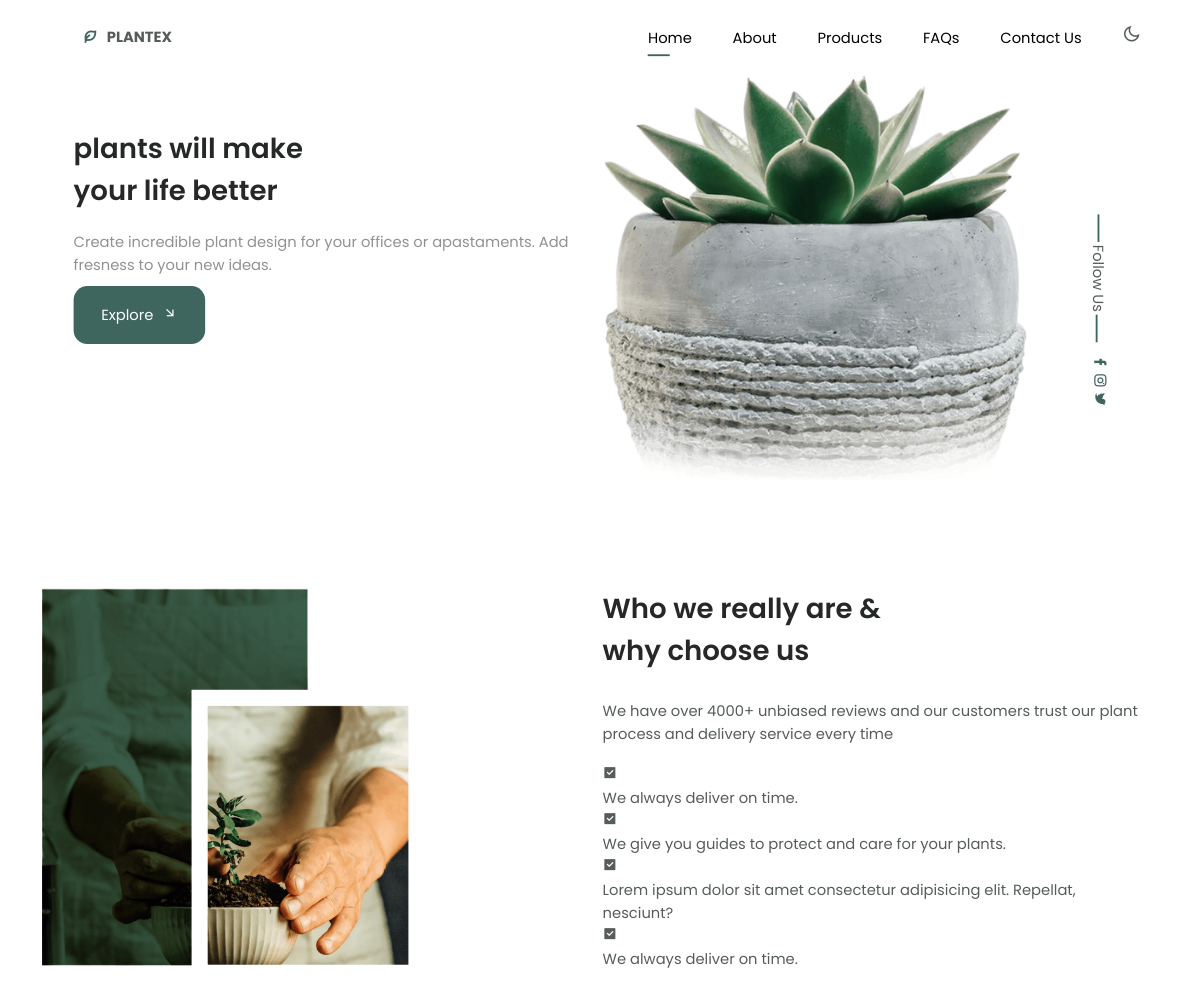
Repository: OmniaRafat232111121/plantwebsite
Page: index.html
An editor plug-in stored every save of this project. The page is shown before and after a run of saves, followed by the edit.
The browser window is 1280 px wide. The pictures show the whole page, at 92% of full size.

Above is the page before, as saved 2023-01-04 23:39:28.

After the next 2 saves:
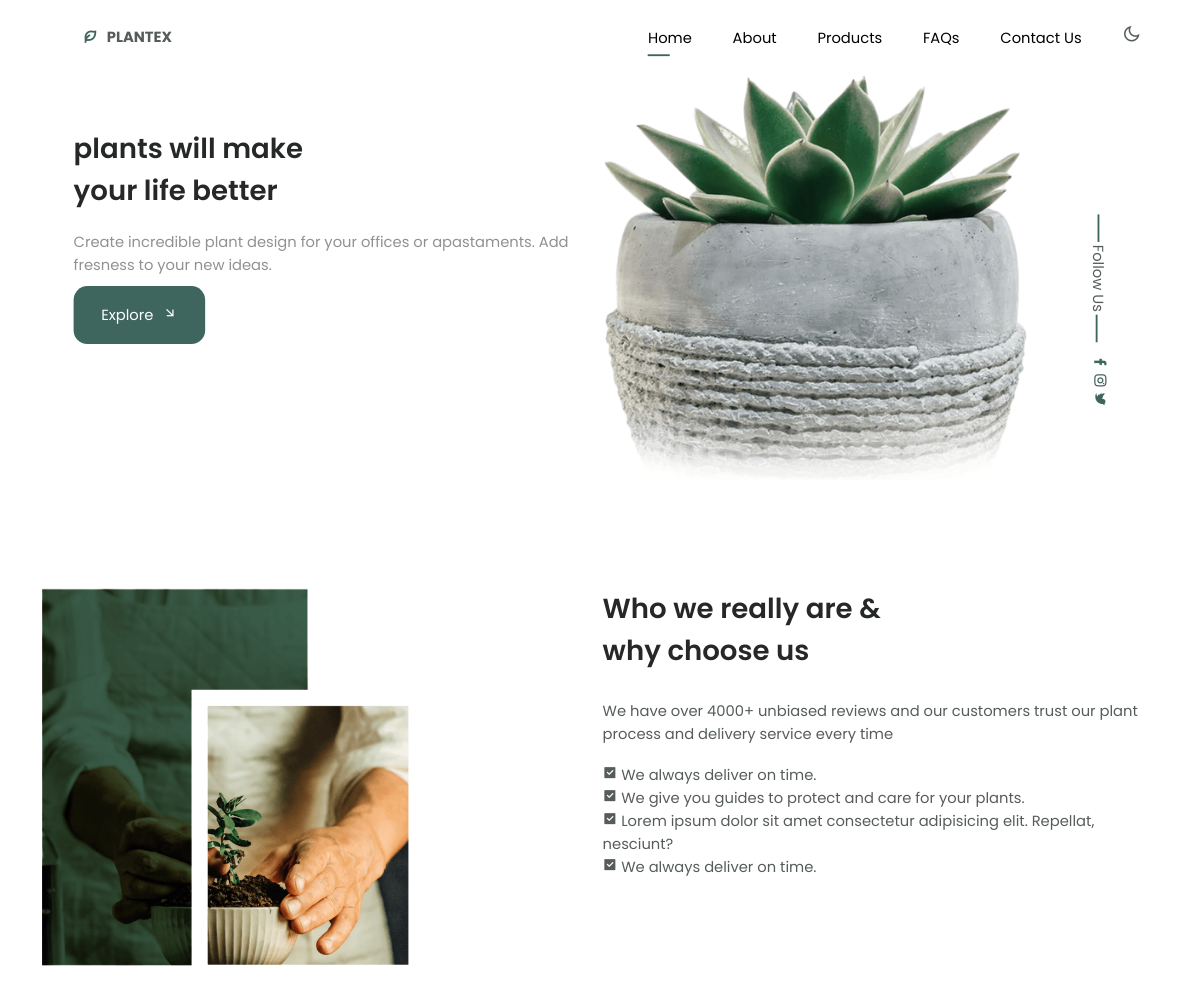
The 2 saves are shown as one change because they came seconds apart.
The last was saved 16 s later.
--- a/index.html
+++ b/index.html
@@ -107,21 +107,21 @@
              <div class="about-deatails">
                 <p class="about-description">
                       <i class="ri-checkbox-fill about__details-icon"></i>
-                      <p> We always deliver on time.</p>
+                       We always deliver on time.
                 </p>
                  <p class="about-description">
                       <i class="ri-checkbox-fill about__details-icon"></i>
-                      <p>We give you guides to protect and care for your plants.</p>
+                      We give you guides to protect and care for your plants.
                 </p>
 
                  <p class="about-description">
                       <i class="ri-checkbox-fill about__details-icon"></i>
-                       <p>Lorem ipsum dolor sit amet consectetur adipisicing elit. Repellat, nesciunt?</p>
+                       Lorem ipsum dolor sit amet consectetur adipisicing elit. Repellat, nesciunt?
                 </p>
 
                  <p class="about-description">
                       <i class="ri-checkbox-fill about__details-icon"></i>
-                       <p>We always deliver on time.</p>
+                       We always deliver on time.
                 </p>
 
 
